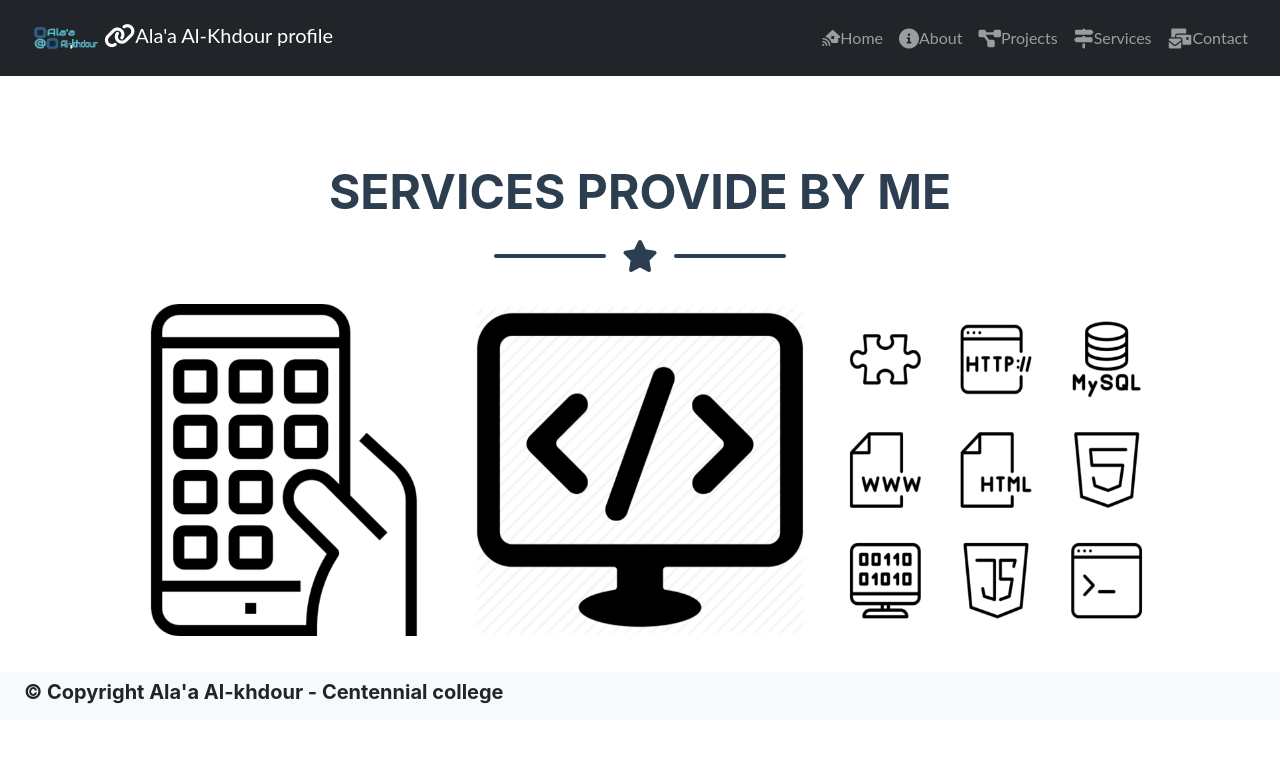
Repository: alaakhdour/heroukulivesite-section1
Page: http://localhost/projects
The author's editor kept a copy of each file at every save. The page is drawn from the files as they stood at one save, then again after the next save.
The browser window is 1280 px wide. The pictures show the whole page.
The page is served by the project's Node server (server.js).

Above is the page before, as saved 2022-06-18 03:01:58.

After the next save:
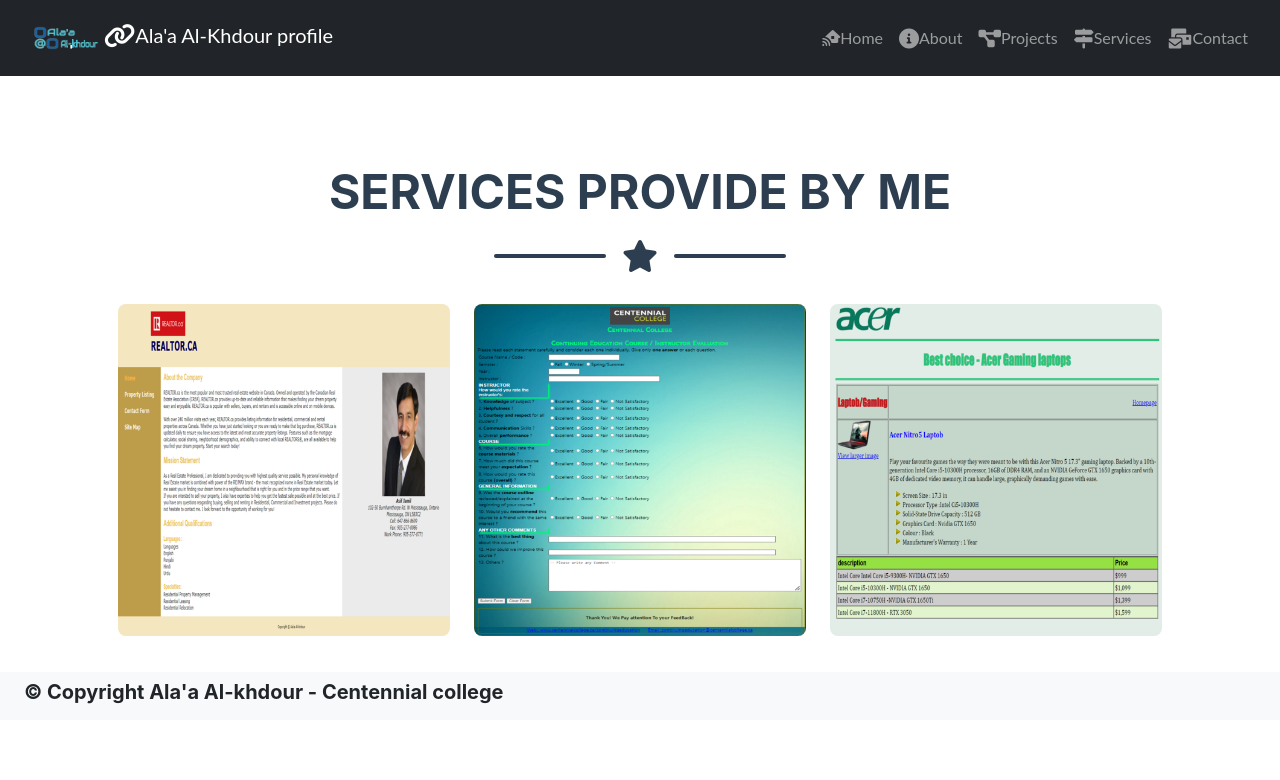
Saved 53 s later.
--- a/Server/Views/content/projects.ejs
+++ b/Server/Views/content/projects.ejs
@@ -17,7 +17,7 @@
                         <div class="portfolio-item-caption d-flex align-items-center justify-content-center h-100 w-100">
                             <div class="portfolio-item-caption-content text-center text-white"><i class="fas fa-plus fa-3x"></i></div>
                         </div>
-                        <img class="img-fluid" src="./Assets/images/service1.png" alt="..." />
+                        <img class="img-fluid" src="./Assets/images/project1.png" alt="..." />
                     </div>
                 </div>
                 <!-- Portfolio Item 2-->
@@ -26,7 +26,7 @@
                         <div class="portfolio-item-caption d-flex align-items-center justify-content-center h-100 w-100">
                             <div class="portfolio-item-caption-content text-center text-white"><i class="fas fa-plus fa-3x"></i></div>
                         </div>
-                        <img class="img-fluid" src="./Assets/images/service2.png" alt="..." />
+                        <img class="img-fluid" src="./Assets/images/project2.png" alt="..." />
                     </div>
                 </div>
                 <!-- Portfolio Item 3-->
@@ -35,7 +35,7 @@
                         <div class="portfolio-item-caption d-flex align-items-center justify-content-center h-100 w-100">
                             <div class="portfolio-item-caption-content text-center text-white"><i class="fas fa-plus fa-3x"></i></div>
                         </div>
-                        <img class="img-fluid" src="./Assets/images/service3.png" alt="..." />
+                        <img class="img-fluid" src="./Assets/images/project3.png" alt="..." />
                     </div>
                 </div>
             </div>
